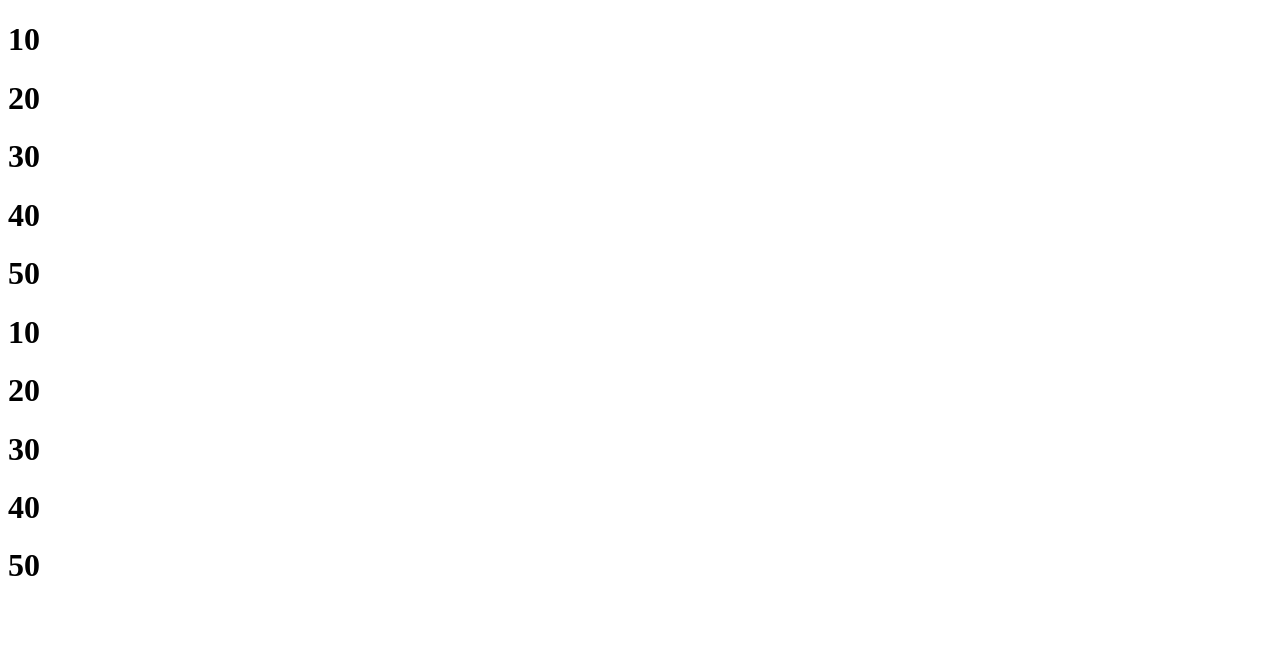
Repository: BEOMJINI/greenJsp
Page: http://localhost/basic/기본.jsp
These files come from the project's save history. The page is drawn as it stood at one moment and after the next save; the edit follows.
The browser window is 1280 px wide. The pictures show the whole page.
The page is served by Tomcat 9.

Above is the page before, as saved 2023-02-21 14:42:19.

After the next save:
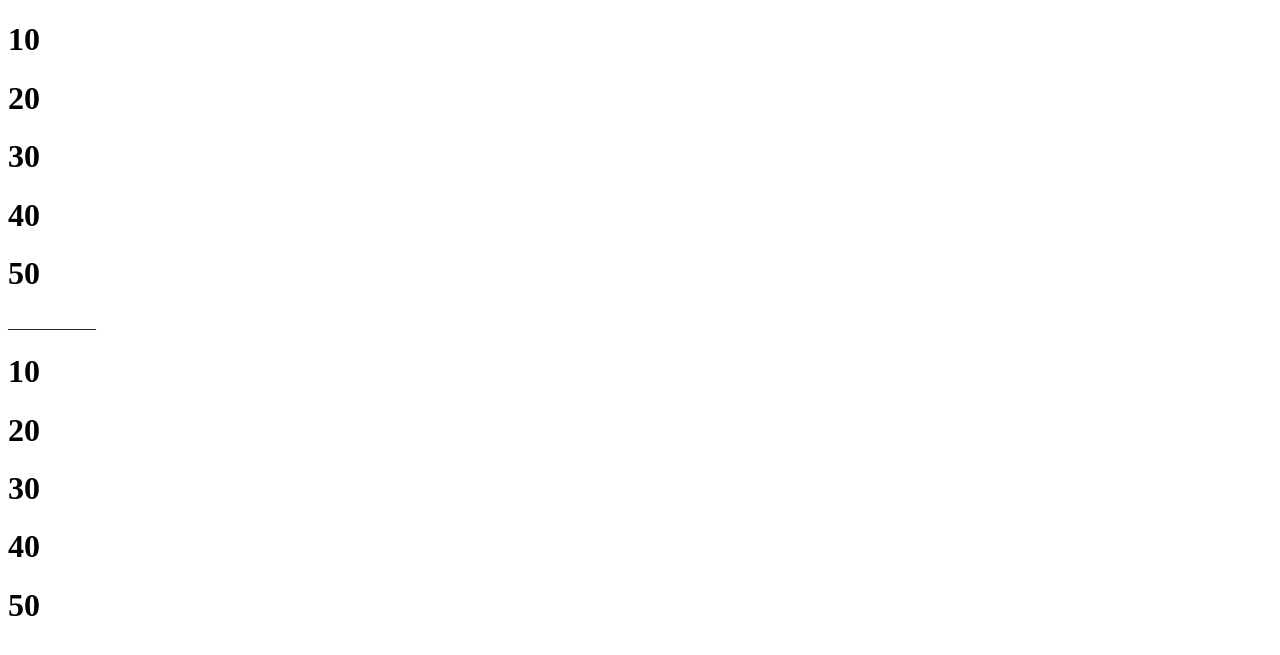
Saved 54 s later.
--- a/jspWorkspace/basic/src/main/webapp/기본.jsp
+++ b/jspWorkspace/basic/src/main/webapp/기본.jsp
@@ -43,6 +43,7 @@
   out.println("<h1>" + arr[i]+"</h1>");
 
 }
+out.println("___________");
 %>
 
 <%
